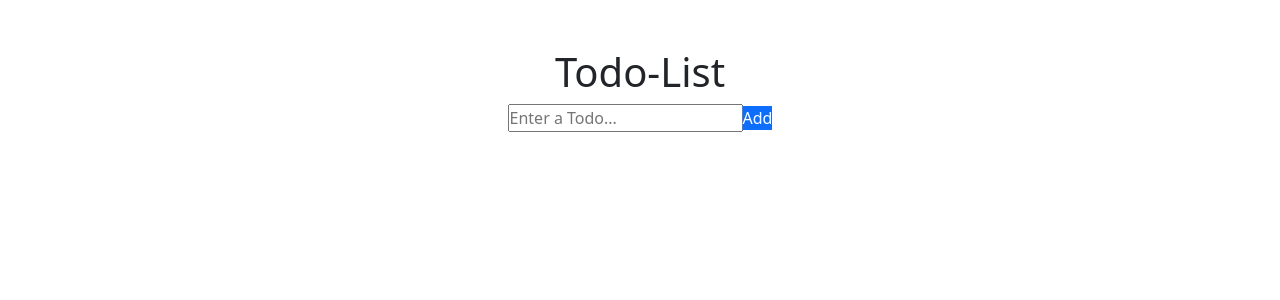
Repository: kieuduc123/Todo-List
Page: /
The author's editor kept a copy of each file at every save. The page is drawn from the files as they stood at one save, then again after a run of saves.
The browser window is 1280 px wide. The pictures show the whole page.
The project was rebuilt for these pictures with package versions that can differ from the ones it lists, and the page was loaded fresh each time.

Above is the page before, as saved 2024-02-14 20:07:42.

After the next 2 saves:
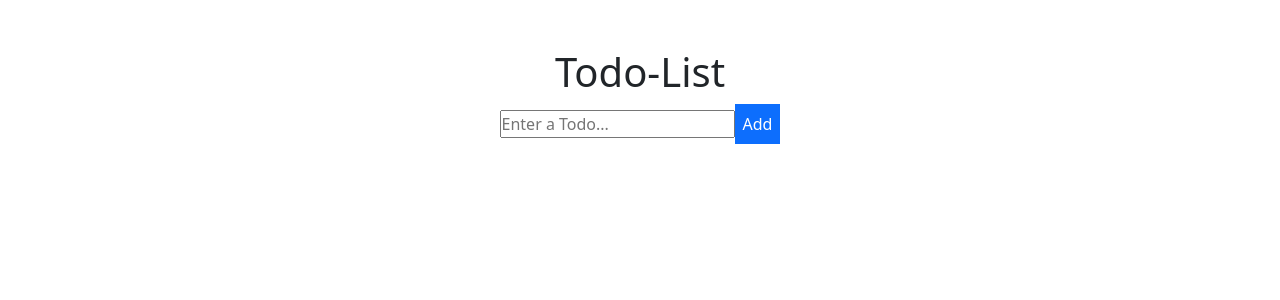
The 2 saves are shown as one change because they came seconds apart.
The last was saved 10 s later.
--- a/src/components/Form.js
+++ b/src/components/Form.js
@@ -49,7 +49,7 @@ const Form = ({ input, setInput, todos, setTodos, editTodo, setEditTodo }) => {
             />
             <button
                 type="submit"
-                className=" bg-primary text-white border-0 ml-3"
+                className=" bg-primary text-white border-0 p-2"
             >
                 {editTodo ? "OK" : " Add"}
             </button>
